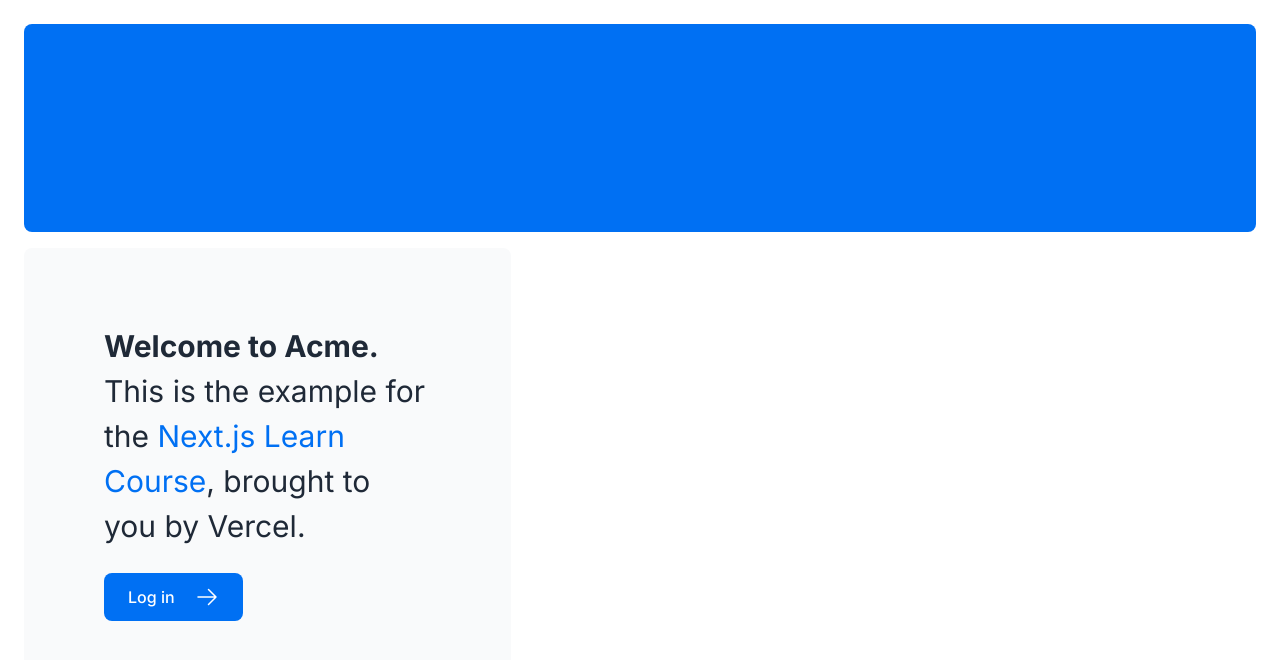
Repository: pdhakal906/nextjs-dashboard
Page: /
These files come from the project's save history. The page is drawn as it stood at one moment and after the next save; the edit follows.
The browser window is 1280 px wide. The pictures show the whole page.
Some web fonts or font styles are not loaded; a fallback is used. The project was rebuilt for these pictures with package versions that can differ from the ones it lists, and the page was loaded fresh each time. The framework's server and built-in components were replaced by stand-ins that run in the browser. Also part of the build but not shown: next.config.ts.

Above is the page before, as saved 2025-02-10 13:54:09.

After the next save:
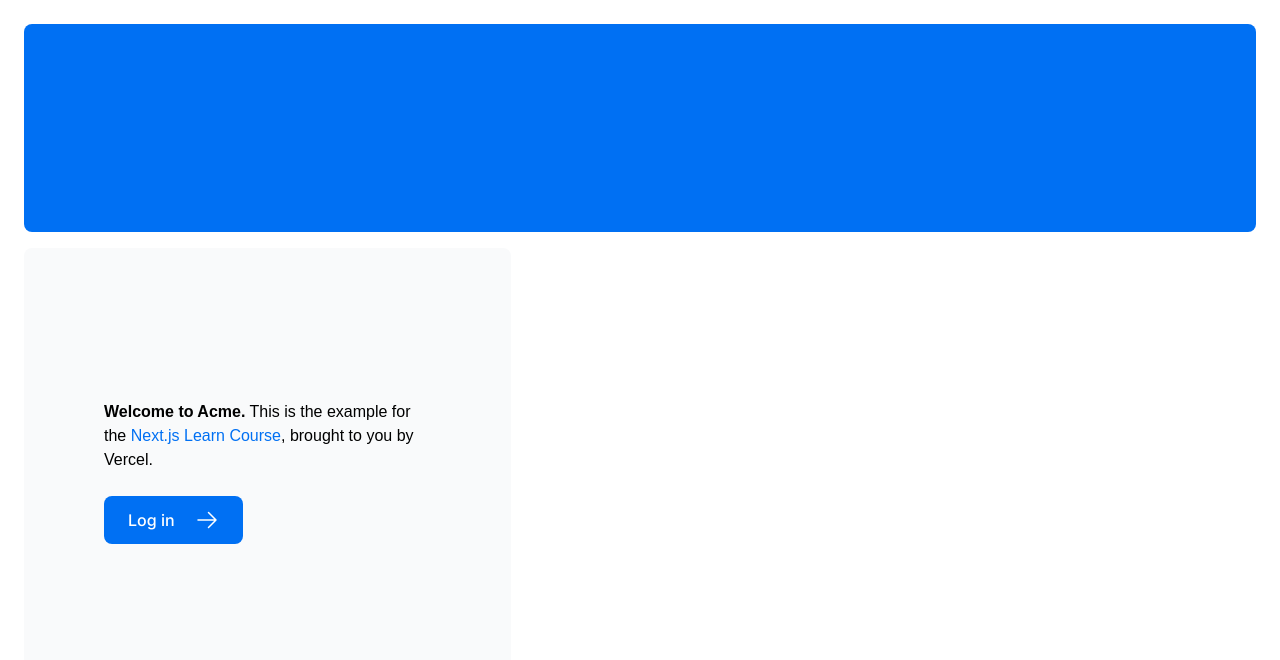
Saved 59 s later.
--- a/app/page.tsx
+++ b/app/page.tsx
@@ -1,6 +1,7 @@
 import AcmeLogo from '@/app/ui/acme-logo';
 import { ArrowRightIcon } from '@heroicons/react/24/outline';
 import Link from 'next/link';
+import { lusitana } from './ui/fonts';
 
 export default function Page() {
   return (
@@ -10,7 +11,8 @@
       </div>
       <div className="mt-4 flex grow flex-col gap-4 md:flex-row">
         <div className="flex flex-col justify-center gap-6 rounded-lg bg-gray-50 px-6 py-10 md:w-2/5 md:px-20">
-          <p className={`text-xl text-gray-800 md:text-3xl md:leading-normal`}>
+          {/* <p className={`text-xl text-gray-800 md:text-3xl md:leading-normal`}> */}
+          <p className={`${lusitana.className}`}>
             <strong>Welcome to Acme.</strong> This is the example for the{' '}
             <a href="https://nextjs.org/learn/" className="text-blue-500">
               Next.js Learn Course
